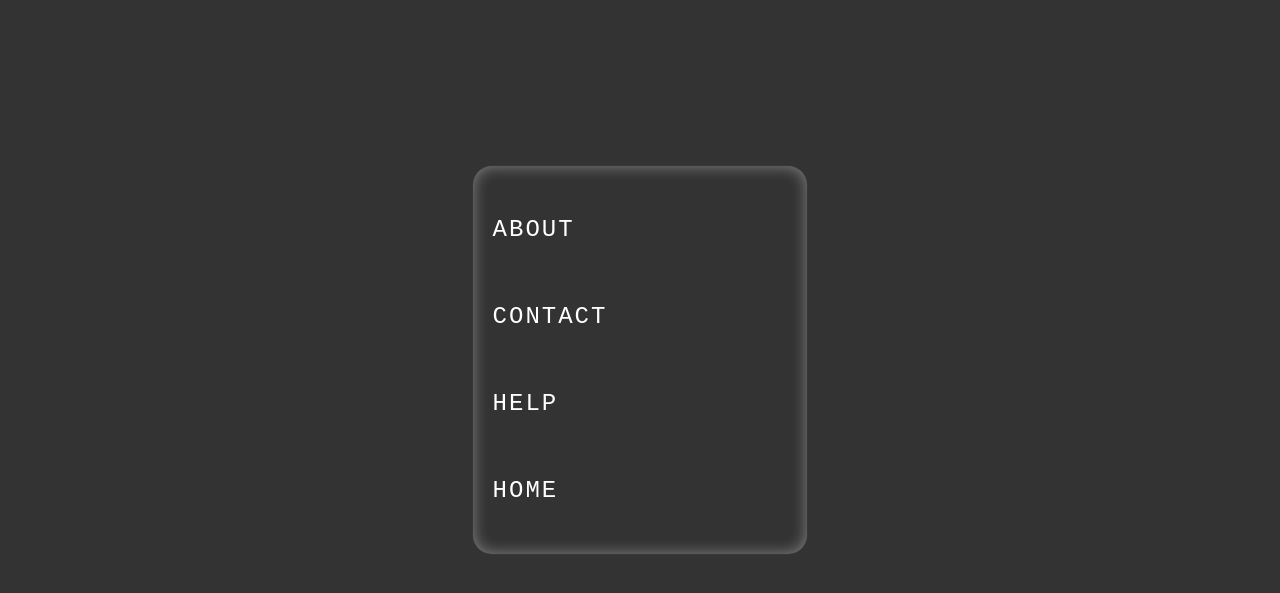
Repository: Rostyk-qq/Projects_Web
Page: menuRanLine/new.html
The author's editor kept a copy of each file at every save. The page is drawn from the files as they stood at one save, then again after the next save.
The browser window is 1280 px wide. The pictures show the whole page.

Above is the page before, as saved 2023-09-30 14:40:09.

### menuRanLine/new.html
<!DOCTYPE html>
<html lang="en">
<head>
    <meta charset="UTF-8">
    <meta name="viewport" content="width=device-width, initial-scale=1.0">
    <link rel="stylesheet" href="./new.css">
    <title>Document</title>
</head>
<body>
    <div class="wrapper">
        <ul class="menu">
            <li data-color-effect="red" class="menu__item">
                <a href="#" class="menu__link">About</a>
            </li>
            <li data-color-effect="blue" class="menu__item">
                <a href="#" class="menu__link">Contact</a>
            </li>
            <li data-color-effect="purple" class="menu__item">
                <a href="#" class="menu__link">Help</a>
            </li>
            <li data-color-effect="pink" class="menu__item">
                <a href="#" class="menu__link">Home</a>
            </li>

            <div class="menu__line-container">
                <span></span>
            </div>
        </ul>
    </div>

    <script src="./new.js"></script>
</body>
</html>

### menuRanLine/new.css
*{
    margin: 0;
    padding: 0;
    box-sizing: border-box;
}
body{
    width: 100vw;
    height: 100vh;
    overflow: hidden;
    user-select: none;
    font-family: 'Courier New', Courier, monospace;
}
.wrapper{
    width: 100%;
    height: 100%;
    display: grid;
    place-items: center;
    background-color: #333;
}
.menu{
    position: relative;
    padding: 20px 0;
    border-radius: 20px;
    display: flex;
    flex-direction: column;
    overflow: hidden;
    flex-wrap: wrap;
    box-shadow: 0px 0px 10px #1115;
}
.menu__item{
    list-style: none;
    display: block;
    padding: 30px 200px 30px 20px;
}
.menu__link{
    display: block;
    text-decoration: none;
    text-transform: uppercase;
    letter-spacing: 2px;
    font-size: 24px;
    color: #fff;
}

.menu__line-container{
    position: absolute;
    width: 12px;
    height: 100%;
    top: 0;
    left: 0;
}
.menu__line-container span{
    position: absolute;
    width: 100%;
    top: 0;
    left: 0;
    border-radius: 0px 10px 10px 0px;
    background-color: red;
    transform: translateX(-100%);
}




.menu{
   box-shadow: inset 0px 0px 15px 0px transparent;
   border: 1px solid transparent;
}
.loaded .menu{
    box-shadow: inset 0px 0px 15px 0px #fff6;
    border: 1px solid rgba(255, 255, 255, 0.025);
    transition: all 1s ease;
}
.menu__link{
    transform: translateX(-120%);
}
.loaded .menu__link{
    transform: translateX(0%);
    transition: transform 1s ease;
}
.loaded .menu__item:nth-child(1) .menu__link{
    transition-delay: .3s;
}
.loaded .menu__item:nth-child(2) .menu__link{
    transition-delay: .6s;
}
.loaded .menu__item:nth-child(3) .menu__link{
    transition-delay: .8s;
}
.loaded .menu__item:nth-child(4) .menu__link{
    transition-delay: 1s;
}
.loaded .menu__line-container span{
    transform: translateX(0%);
    transition: transform 1s ease;
    transition-delay: 1s;
}

### menuRanLine/new.js
window.addEventListener('load', loadWindow);

function loadWindow(){
    document.documentElement.classList.add('loaded');


    const menu = document.querySelector('.menu');
    let styledElement;
    if(menu){
        styledElement = document.querySelector('.menu__line-container span');
        const menuItem =  menu.querySelector('.menu__item._active');

        menuItem ? setStyles(menuItem) : null;
    }
    function setStyles(menuItem){
        menuItem.classList.add('_active');
        styledElement.style.cssText = `
            height: ${menuItem.offsetHeight}px;
            top: ${menuItem.offsetTop}px;
            background-color: ${menuItem.dataset.colorEffect};
        `
    }
}

After the next save:
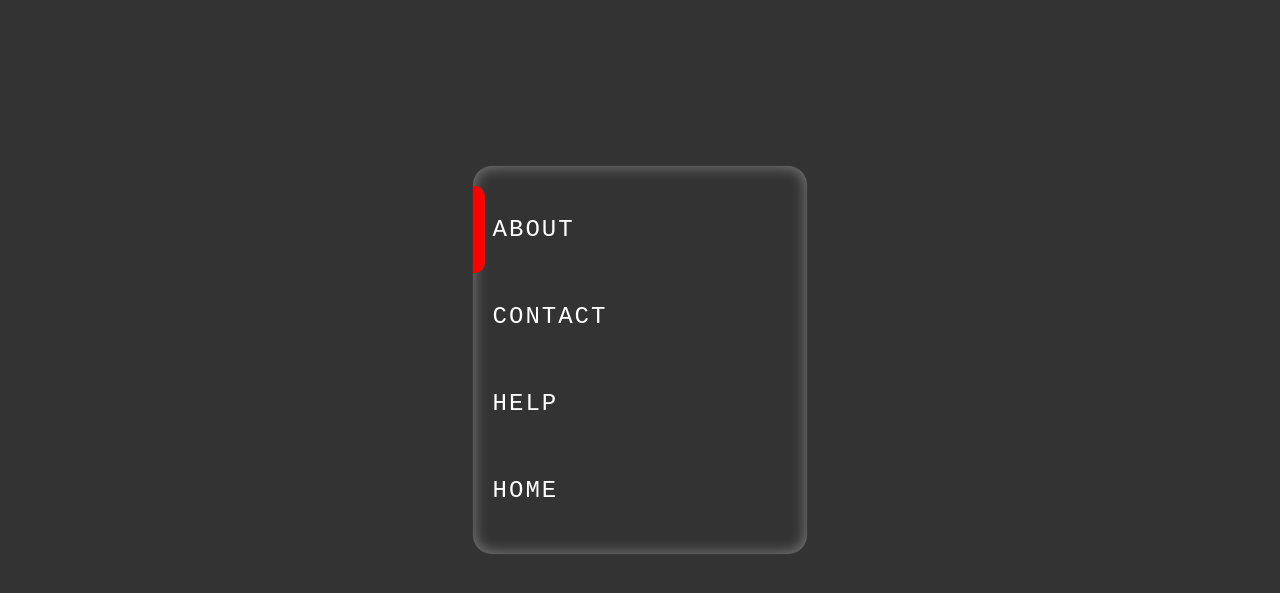
Saved 19 s later.
--- a/menuRanLine/new.html
+++ b/menuRanLine/new.html
@@ -9,7 +9,7 @@
 <body>
     <div class="wrapper">
         <ul class="menu">
-            <li data-color-effect="red" class="menu__item">
+            <li data-color-effect="red" class="menu__item _active">
                 <a href="#" class="menu__link">About</a>
             </li>
             <li data-color-effect="blue" class="menu__item">
